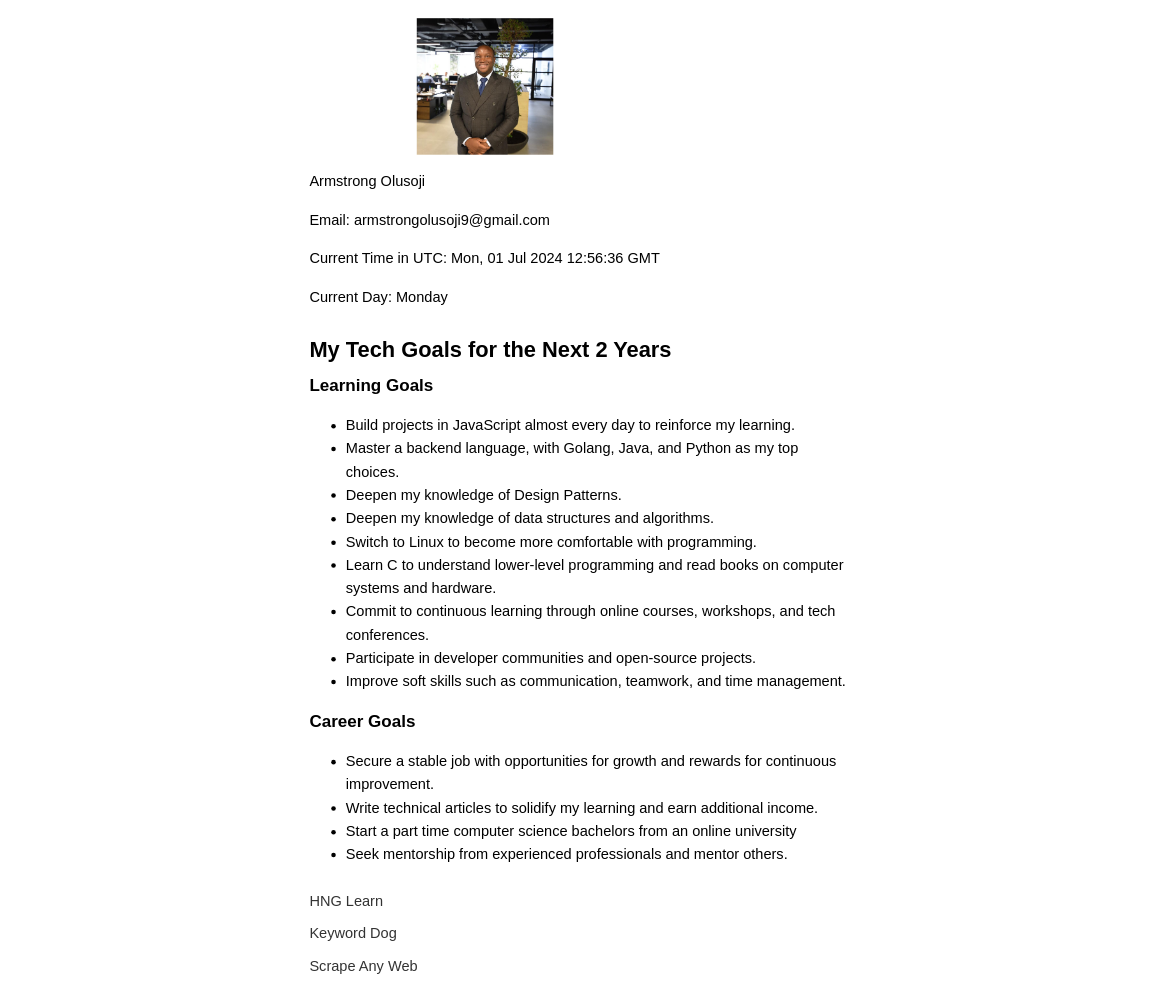
Repository: Armstrong2035/hng-project-one
Page: index.html
The author's editor kept a copy of each file at every save. The page is drawn from the files as they stood at one save, then again after the next save.
The browser window is 1280 px wide. The pictures show the whole page, at 91% of full size.

Above is the page before, as saved 2024-07-01 15:34:26.

After the next save:
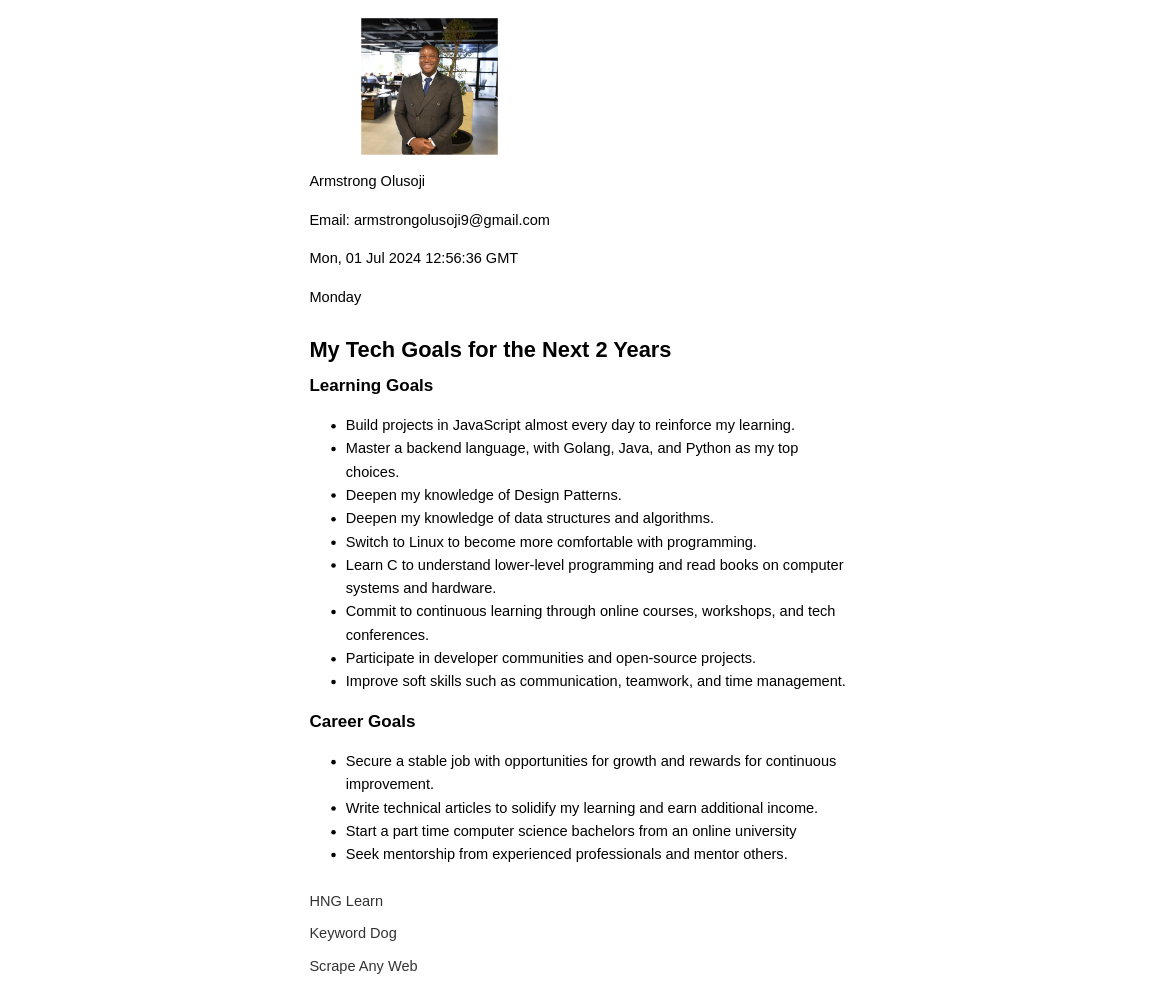
Saved 46 s later.
--- a/script.js
+++ b/script.js
@@ -2,10 +2,8 @@ function updateTime() {
   const now = new Date();
   const utcTime = now.toUTCString();
   const day = now.toLocaleDateString("en-US", { weekday: "long" });
-  document.getElementById(
-    "current-time"
-  ).textContent = `Current Time in UTC: ${utcTime}`;
-  document.getElementById("current-day").textContent = `Current Day: ${day}`;
+  document.getElementById("current-time").textContent = ` ${utcTime}`;
+  document.getElementById("current-day").textContent = ` ${day}`;
 }
 
 setInterval(updateTime, 1000);
